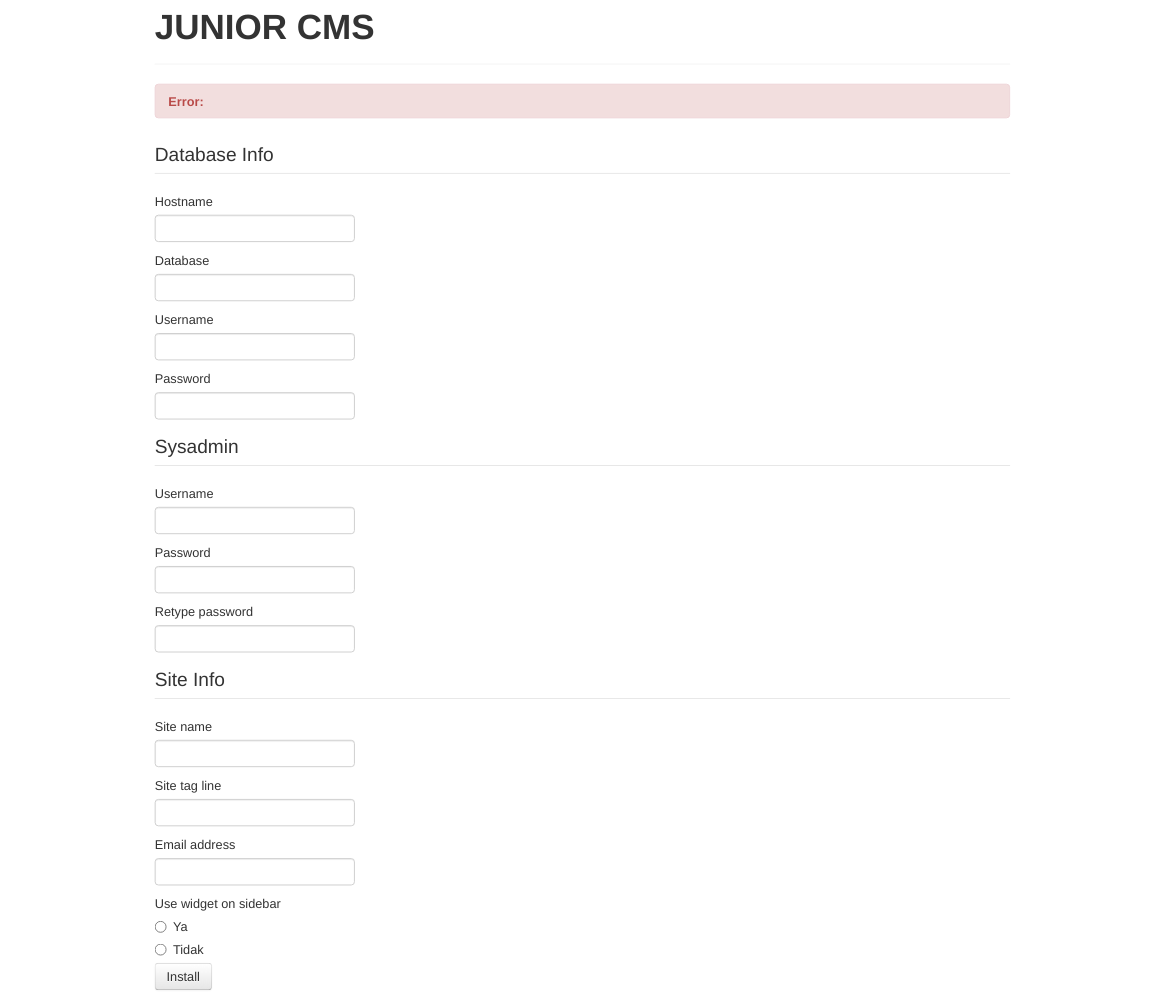
Repository: atangsutisna/juniorcms
Page: http://localhost/install/template.php
The author's editor kept a record of every edit. The page is drawn from the files as they stood at one moment, then again after the next edit.
The browser window is 1280 px wide. The pictures show the whole page, at 91% of full size.
The page is run by PHP 8.4 with error messages shown; the project is at /var/www/html/.

Above is the page before.

### install/template.php
<!DOCTYPE html>
<html>
    <head>
        <title>JrCMS installer</title>
        <link rel="stylesheet" href="css/bootstrap.min.css" type="text/css" />
        <script type="text/javascript" src="js/jquery.js"></script>
    </head>
    <body>
    <div class="container">
        <h1>JUNIOR CMS </h1><hr/>

        <form id="form_install">
        <div class="alert alert-danger" role="alert" id="feedback_message_ctr">
             <strong>Error: </strong>
             <span id="feedback_message"></span>
        </div>

        <fieldset>
            <legend>Database Info</legend>
                <label>Hostname</label>
                <input type="text" name="hostname">
                <label>Database</label>
                <input type="text" name="database">
                <label>Username</label>
                <input type="text" name="username">
                <label>Password</label>
                <input type="text" name="password">
        </fieldset>
        <fieldset>
            <legend>Sysadmin</legend>
                <label>Username</label>
                <input type="text" name="hostname">
                <label>Password</label>
                <input type="password" name="database">
                <label>Retype password</label>
                <input type="password" name="username">
        </fieldset>
        <fieldset>
            <legend>Site Info</legend>
                <label>Site name</label>
                <input type="text" name="sitename">
                <label>Site tag line</label>
                <input type="text" name="site_tag_line">
                <label>Email address</label>
                <input type="text" name="email">
                <label>Use widget on sidebar </label>
                <label class="radio">
                    <input type="radio" name="widget_use" value="True"/>
                    Ya
                </label>
                <label class="radio">
                    <input type="radio" name="widget_use" value="False"/>
                    Tidak
                </label>
        </fieldset>
        <button type="submit" class="btn">Install</button>
        </form>
    </div>
    <script type="text/javascript">
        $('document').ready(function(){
            console.log("jalan gak ya");
            $('#form_install').submit(function(event){
                var postData = $(this).serializeArray();
                $.ajax({
                    url : 'install.php',
                    type : 'POST',
                    data : postData,
                    dataType : 'json',
                    success : function(data, status, jqXHR){
                        console.log(data.status);
                        console.log(data.status == "error");
                        if (data.status == "error") {
                            //console.log("create feedback_message ", data._message);
                            $('#feedback_message_ctr').show();
                            $('#feedback_message').text(data.error_message);
                        } else {
                            $('#feedback_message').text("success");
                            $('#feedback_message_ctr').hide();
                        }
                    },
                    error : function(){
                        $('#feedback_message').text("error");
                    }
                });
                event.preventDefault();
            });
        });

    </script>
    </body>
</html>

Loaded but not shown: install/css/bootstrap.min.css (library); install/js/jquery.js (library)

After the next edit:
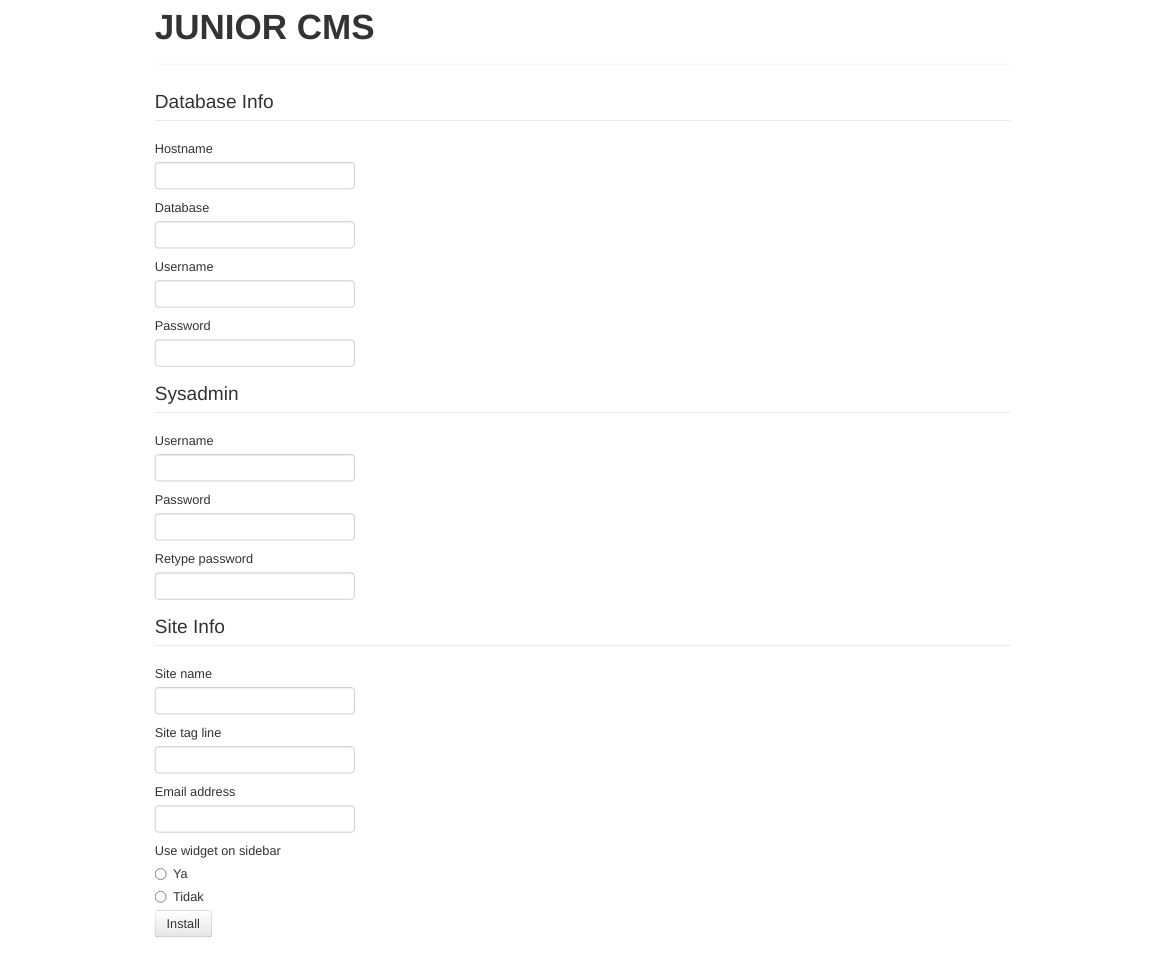
The edit:
--- a/install/template.php
+++ b/install/template.php
@@ -10,7 +10,7 @@
         <h1>JUNIOR CMS </h1><hr/>
 
         <form id="form_install">
-        <div class="alert alert-danger" role="alert" id="feedback_message_ctr">
+        <div class="alert alert-danger" role="alert" id="feedback_message_ctr" style="display: none;">
              <strong>Error: </strong>
              <span id="feedback_message"></span>
         </div>
